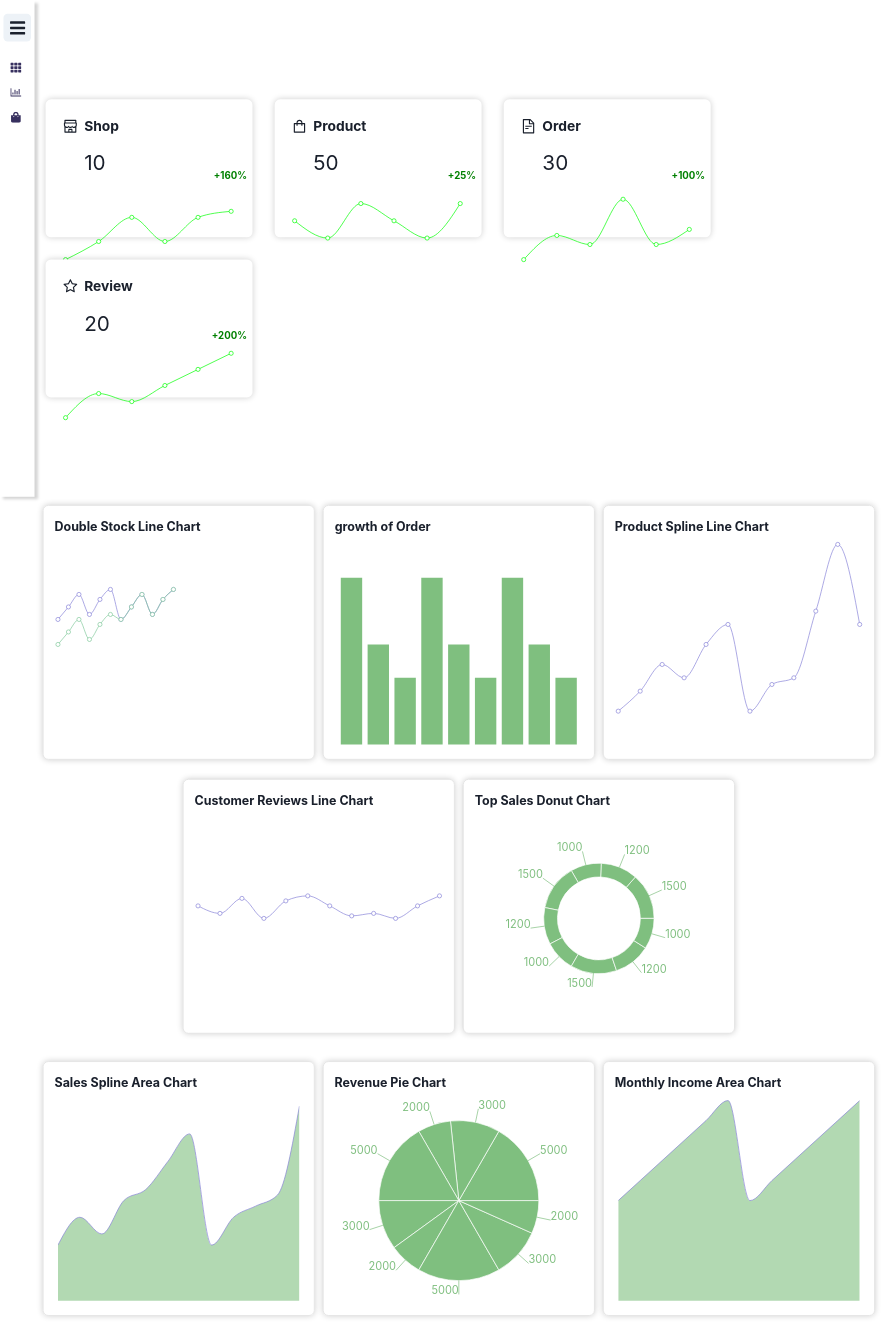
Repository: Andarg01/chakra-dashboard
Page: /analytics
The author's editor kept a copy of each file at every save. The page is drawn from the files as they stood at one save, then again after the next save.
The browser window is 1280 px wide. The pictures show the whole page, at 69% of full size.
The project was rebuilt for these pictures with package versions that can differ from the ones it lists, and the page was loaded fresh each time. Also part of the build but not shown: src/components/ProductModal.tsx, src/components/ProductTable.tsx, src/pages/ProductList.tsx, src/components/Dashboard.tsx.

Above is the page before, as saved 2024-03-12 22:53:17.

### src/index.tsx
import React from 'react';
import ReactDOM from 'react-dom/client';
import './index.css';
import App from './App';

import { ChakraProvider } from '@chakra-ui/react';


const root = ReactDOM.createRoot(
  document.getElementById('root') as HTMLElement
);
root.render(

  <React.StrictMode>
  <ChakraProvider>
    <App />
    </ChakraProvider>
  </React.StrictMode>

);

### src/App.tsx
import React from 'react'
import ProductList from './pages/ProductList'
import Dashboard from './components/Dashboard'
import Sidebar from './components/Sidebar';
import Analytics from './pages/Analytics';
import { BrowserRouter, Route, Routes } from 'react-router-dom';
const App = () => {
  return (
    <div>
    <BrowserRouter>
    <Sidebar>
      <Routes>
      <Route path="/" element={<Dashboard />}/>
      <Route path="/dashboard" element={<Dashboard />}/>
      <Route path="/analytics" element={<Analytics  />} />
      <Route path="/product" element={<ProductList />}/>

      </Routes>
    </Sidebar>
  </BrowserRouter>
    </div>
  )
}

export default App





















// import React from 'react';
// import { BrowserRouter, Route, Routes } from 'react-router-dom';
// import Sidebar from './components/Sidebar';

// import Dashboard from './pages/Dashboard'

// import Analytics from './pages/AnalyticsPage'

// import ProductList from './ProductList';
// import './App.css';


// // import { ChakraProvider } from '@chakra-ui/react';

// type SaleData = {
//   date: string;
//   amount: number;
// };

// type RevenueData = {
//   month: string;
//   revenue: number;
// };

// const App: React.FC = () => {
//   const saleData: SaleData[] = [
//     { date: '2022-01-01', amount: 100 },
//     { date: '2022-01-02', amount: 150 },
//     { date: '2022-01-03', amount: 200 },
//     { date: '2022-01-04', amount: 120 },
//     { date: '2022-01-05', amount: 180 },
//     { date: '2022-01-06', amount: 90 },
//     { date: '2022-01-07', amount: 110 },
//     { date: '2022-01-08', amount: 130 },
//     { date: '2022-01-09', amount: 170 },
//     { date: '2022-01-10', amount: 160 },
//   ];

//   const revenueData: RevenueData[] = [
//     { month: 'January', revenue: 500 },
//     { month: 'February', revenue: 700 },
//     { month: 'March', revenue: 600 },
//     { month: 'April', revenue: 800 },
//     { month: 'May', revenue: 900 },
//     { month: 'June', revenue: 750 },
//     { month: 'July', revenue: 850 },
//     { month: 'August', revenue: 950 },
//     { month: 'September', revenue: 700 },
//     { month: 'October', revenue: 850 },
//   ];

//   return (
//     // <ChakraProvider>
//       <div>
//         <BrowserRouter>
//           <Sidebar>
//             <Routes>
//               <Route path="/" element={<Dashboard saleData={saleData} revenueData={revenueData} />} />
//               <Route path="/dashboard" element={<Dashboard saleData={saleData} revenueData={revenueData} />} />

//               <Route path="/analytics" element={<Analytics />} />
//               <Route path="/product" element={<ProductList />} />

//             </Routes>
//           </Sidebar>
//         </BrowserRouter>
//       </div>
//     {/* </ChakraProvider> */}
//   );
// };

// export default App;

### src/components/Sidebar.tsx




import React, { useState } from 'react';
import {
  FaTh,
  FaBars,
  FaShoppingBag,
  FaRegChartBar,
} from 'react-icons/fa';

import { NavLink } from 'react-router-dom';
import { Box, IconButton, Text, Flex } from '@chakra-ui/react';

interface MenuItem {
  path: string;
  name: string;
  icon: JSX.Element;
}

const Sidebar: React.FC<React.PropsWithChildren<{}>> = ({ children }) => {
  const [isOpen, setIsOpen] = useState(false);

  const toggle = () => setIsOpen(!isOpen);

  const menuItems: MenuItem[] = [
    {
      path: '/',
      name: 'Dashboard',
      icon: <FaTh />,
    },
    {
      path: '/analytics',
      name: 'Analytics',
      icon: <FaRegChartBar />,
  },
    {
      path: '/product',
      name: 'Product',
      icon: <FaShoppingBag />,
    },
  ];

  return (
    <Flex>
      <Box
        width={isOpen ? '200px' : '50px'}
        bg="#fff"
        boxShadow="5px 5px 4px rgb(212, 212, 212)"
        color="#000"
        height="100vh"
        transition="all 0.5s"
        overflowX="hidden"
      >
        <Flex
          className="top_section"
          direction="column"
          align="center"
          justify="center"
          p="20px 15px"
        >
          <Text fontSize={isOpen ? '30px' : '0'} className="logo">
            Logo
          </Text>
          <IconButton
            marginLeft={isOpen ? '50px' : '0px'}
            className="bars"
            fontSize="25px"
            aria-label="Toggle Sidebar"
            icon={<FaBars />}
            onClick={toggle}
          />
        </Flex>
        {menuItems.map((item, index) => (
          <NavLink to={item.path} key={index} className="link">
            <Flex
              p="10px 15px"
              color="#37305F"
              _hover={{ bgColor: '#37305F', color: '#fff', margin: '10px', borderRadius: '10px' }}
              _active={{ bgColor: '#37305F', color: '#fff', margin: '10px', borderRadius: '10px' }}
            >
              <Box className="icon" marginRight="3">
                {item.icon}
              </Box>
              <Text
                display={isOpen ? 'block' : 'none'}
                className="link_text text-sm"
                marginLeft="3"
              >
                {item.name}
              </Text>
            </Flex>
          </NavLink>
        ))}
      </Box>
      <Box flex="1">{children}</Box>
    </Flex>
  );
};

export default Sidebar;

### src/pages/Analytics.tsx



import React, { useState } from 'react';
import {
  Box,
  Flex,
  Stack,
  Text,
  ThemeProvider,
  extendTheme,
} from '@chakra-ui/react';
import FullAnalyticsPage from '../components/AnalyticalCard';
import {
  LineChart,
  Line,
  AreaChart,
  Area,
  BarChart,
  Bar,
  PieChart,
  Pie,
  Tooltip,
  ResponsiveContainer,
} from 'recharts';

// Extend Chakra UI theme for custom styles
const theme = extendTheme({
  shadows: {
    xl: '0 0 10px rgba(0, 0, 0, 0.2)',
  },
});

interface DataPoint {
  name: string;
  value: number;
}

interface ChartCardProps {
  title: string;
  chart: React.ReactNode;
}

const ChartCard: React.FC<ChartCardProps> = ({ title, chart }) => (

  <Box
  boxShadow="xl"
  p={4}
  borderRadius="lg"
  border="1px solid #ddd"
  mb={4}
  flexBasis={['100%', 'calc(33.33% - 8px)']}
  display="inline-flex"
>
  <Stack spacing={2} width="100%">
    <Text fontSize={['md', 'lg']} fontWeight="bold">
      {title}
    </Text>
    {chart}
  </Stack>
</Box>


  // <Box
  //   boxShadow="xl"
  //   p={4}
  //   borderRadius="lg"
  //   border="1px solid #ddd"
  //   mb={4}
  //   flexBasis={['100%', 'calc(33.33% - 8px)']}
  //   display="inline-flex"
  // >
  //   <Text fontSize={['md', 'lg']} fontWeight="bold">
  //     {title}
  //   </Text>
  //   {chart}
  // </Box>
);

const SalesSplineAreaChart: React.FC = () => {
  const salesData: DataPoint[] = [
    { name: 'Jan', value: 1000 },
    { name: 'Feb', value: 1500 },
    { name: 'Mar', value: 1200 },
    { name: 'Apr', value: 1800 },
    { name: 'May', value: 2000 },
    { name: 'Jun', value: 2500 },
    {name:  'junl', value:3000},
    {name: 'agu' , value:1000},
    {name: 'sep', value: 1500},
    {name:'oct' , value:1700},
    {name: 'nove' , value: 1900},
    {name: 'dec', value: 3500},


  ];

  return (
    <ChartCard
      title="Sales Spline Area Chart"
      chart={
        <ResponsiveContainer width="100%" height={300}>
          <AreaChart data={salesData}>
            <Area type="monotone" dataKey="value" stroke="#8884d8"  fill="rgba(0, 128, 0, 0.5)" />
            <Tooltip />
          </AreaChart>
        </ResponsiveContainer>
      }
    />
  );
};

const ProductSplineLineChart: React.FC = () => {
  const productData: DataPoint[] = [
    { name: 'Jan', value: 500 },
    { name: 'Feb', value: 800 },
    { name: 'Mar', value: 1200 },
    { name: 'Apr', value: 1000 },
    { name: 'May', value: 1500 },
    { name: 'Jun', value: 1800 },
    { name: 'Jula', value: 500 },
    { name: 'agu', value: 900 },
    { name: 'sep', value: 1000 },
    { name: 'nov', value: 2000 },
    { name: 'oct', value: 3000 },
    { name: 'dec', value: 1800 },
  ];

  return (
    <ChartCard
      title="Product Spline Line Chart"
      chart={
        <ResponsiveContainer width="100%" height={300}>
          <LineChart data={productData}>
            <Line type="monotone" dataKey="value" stroke="#8884d8" />
            <Tooltip />
          </LineChart>
        </ResponsiveContainer>
      }
    />
  );
};

const CustomerReviewsLineChart: React.FC = () => {
  const reviewsData: DataPoint[] = [
    { name: 'Jan', value: 4.5 },
    { name: 'Feb', value: 4.2 },
    { name: 'Mar', value: 4.8 },
    { name: 'Apr', value: 4.0 },
    { name: 'May', value: 4.7 },
    { name: 'Jun', value: 4.9 },
    { name: 'Jula', value: 4.5 },
    { name: 'agu', value: 4.1 },
    { name: 'sep', value: 4.2 },
    { name: 'nov', value: 4.0 },
    { name: 'oct', value: 4.5 },
    { name: 'dec', value: 4.9 },


  ];

  return (
    <ChartCard
      title="Customer Reviews Line Chart"
      chart={
        <ResponsiveContainer width="100%" height={300}>
          <LineChart data={reviewsData}>
            <Line type="monotone" dataKey="value" stroke="#8884d8" />
            <Tooltip />
          </LineChart>
        </ResponsiveContainer>
      }
    />
  );
};

const RevenuePieChart: React.FC = () => {
  const revenueData: DataPoint[] = [

    { name: 'Product A', value: 5000 },
    { name: 'Product B', value: 3000 },
    { name: 'Product C', value: 2000 },
    { name: 'Product D', value: 5000 },
    { name: 'Product E', value: 3000 },
    { name: 'Product F', value: 2000 },
    { name: 'Product G', value: 5000 },
    { name: 'Product H', value: 3000 },
    { name: 'Product I', value: 2000 },
  ];

  return (
    <ChartCard
      title="Revenue Pie Chart"
      chart={
        <ResponsiveContainer width="100%" height={300}>
          <PieChart>
            <Pie dataKey="value" data={revenueData}  fill="rgba(0, 128, 0, 0.5)" label />
            <Tooltip />
          </PieChart>
        </ResponsiveContainer>
      }
    />
  );
};

const OrderBarChart: React.FC = () => {
  const initialOrderData: DataPoint[] = [
    { name: 'Product A', value: 5000 },
    { name: 'Product B', value: 3000 },
    { name: 'Product C', value: 2000 },
    { name: 'Product D', value: 5000 },
    { name: 'Product E', value: 3000 },
    { name: 'Product F', value: 2000 },
    { name: 'Product G', value: 5000 },
    { name: 'Product H', value: 3000 },
    { name: 'Product I', value: 2000 },
  ];

  const [orderData, setOrderData] = useState<DataPoint[]>(initialOrderData);

  const sortByValue = () => {
    const sortedData = [...orderData].sort((a, b) => a.value - b.value);
    setOrderData(sortedData);
  };

  return (
    <ChartCard
      title="growth of Order "
      chart={
        <ResponsiveContainer width="100%" height={300}>
          <BarChart data={orderData}>
            <Bar dataKey="value"  fill="rgba(0, 128, 0, 0.5)" />
            <Tooltip />
          </BarChart>
        </ResponsiveContainer>
      }
    />
  );
};

const TopSalesDonutChart: React.FC = () => {
  const topSalesData: DataPoint[] = [
    { name: 'Product A', value: 1500 },
    { name: 'Product B', value: 1200 },
    { name: 'Product C', value: 1000 },
    { name: 'Product D', value: 1500 },
    { name: 'Product E', value: 1200 },
    { name: 'Product F', value: 1000 },
    { name: 'Product G', value: 1500 },
    { name: 'Product H', value: 1200 },
    { name: 'Product I', value: 1000 },
  ];

  return (
    <ChartCard
      title="Top Sales Donut Chart"
      chart={
        <ResponsiveContainer width="100%" height={300}>
          <PieChart>
            <Pie dataKey="value" data={topSalesData} innerRadius={60} outerRadius={80}  fill="rgba(0, 128, 0, 0.5)" label />
            <Tooltip />
          </PieChart>
        </ResponsiveContainer>
      }
    />
  );
};

const MonthlyIncomeAreaChart: React.FC = () => {
  const monthlyIncomeData: DataPoint[] = [
    { name: 'Jan', value: 5000 },
    { name: 'Feb', value: 6000 },
    { name: 'Mar', value: 7000 },
    { name: 'Apr', value: 8000 },
    { name: 'May', value: 9000 },
    { name: 'Jun', value: 10000 },
    { name: 'Jula', value: 5000 },
    { name: 'agu', value: 6000 },
    { name: 'sep', value: 7000 },
    { name: 'nov', value: 8000 },
    { name: 'oct', value: 9000 },
    { name: 'dec', value: 10000 },
  ];

  return (
    <ChartCard
      title="Monthly Income Area Chart"
      chart={
        <ResponsiveContainer width="100%" height={300}>
          <AreaChart data={monthlyIncomeData}>
            <Area type="monotone" dataKey="value" stroke="#8884d8"  fill="rgba(0, 128, 0, 0.5)" />
            <Tooltip />
          </AreaChart>
        </ResponsiveContainer>
      }
    />
  );
};

const StockLineChart: React.FC = () => {
  const stockData: DataPoint[] = [
    { name: 'Jan', value: 50 },
    { name: 'Feb', value: 55 },
    { name: 'Mar', value: 60 },
    { name: 'Apr', value: 52 },
    { name: 'May', value: 58 },
    { name: 'Jun', value: 62 },
    { name: 'Jula', value: 50 },
    { name: 'agu', value: 55 },
    { name: 'sep', value: 60 },
    { name: 'nov', value: 52 },
    { name: 'oct', value: 58 },
    { name: 'dec', value: 62 },
  ];

  return (
    <ChartCard
      title="Stock Line Chart"
      chart={
        <ResponsiveContainer width="100%" height={300}>
          <LineChart data={stockData}>
            <Line type="monotone" dataKey="value" stroke="#8884d8" />
            <Tooltip />
          </LineChart>
        </ResponsiveContainer>
      }
    />
  );
};

const DoubleStockLineChart: React.FC = () => {
  const stockData1: DataPoint[] = [
    { name: 'Jan', value: 50 },
    { name: 'Feb', value: 55 },
    { name: 'Mar', value: 60 },
    { name: 'Apr', value: 52 },
    { name: 'May', value: 58 },
    { name: 'Jun', value: 62 },
    { name: 'Jula', value: 50 },
    { name: 'agu', value: 55 },
    { name: 'sep', value: 60 },
    { name: 'nov', value: 52 },
    { name: 'oct', value: 58 },
    { name: 'dec', value: 62 },
  ];

  const stockData2: DataPoint[] = [
    { name: 'Jan', value: 40 },
    { name: 'Feb', value: 45 },
    { name: 'Mar', value: 50 },
    { name: 'Apr', value: 42 },
    { name: 'May', value: 48 },
    { name: 'Jun', value: 52 },
    { name: 'Jula', value: 50 },
    { name: 'agu', value: 55 },
    { name: 'sep', value: 60 },
    { name: 'nov', value: 52 },
    { name: 'oct', value: 58 },
    { name: 'dec', value: 62 },
  ];

  return (
    <ChartCard
      title="Double Stock Line Chart"
      chart={
        <ResponsiveContainer width="100%" height={300}>
          <LineChart>
            <Line type="monotone" dataKey="value" data={stockData1} stroke="#8884d8" name="Stock 1" />
            <Line type="monotone" dataKey="value" data={stockData2} stroke="#82ca9d" name="Stock 2" />
            <Tooltip />
          </LineChart>
        </ResponsiveContainer>
      }
    />
  );
};

const AnalyticalPage: React.FC = () => {
  return (
    <ThemeProvider theme={theme}>
      <Flex>
        <FullAnalyticsPage/>
      </Flex>
      <Flex direction="row" flexWrap="wrap" p={3} justify="center" gap={3}>
        <DoubleStockLineChart />
        <OrderBarChart />
        <ProductSplineLineChart />
        <CustomerReviewsLineChart />
        <TopSalesDonutChart />
      </Flex>
      <Flex direction="row" p={3} flexWrap="wrap" justify="left" gap={3}>
        <SalesSplineAreaChart />
        <RevenuePieChart />
        <MonthlyIncomeAreaChart />
      </Flex>
    </ThemeProvider>
  );
};

export default AnalyticalPage;

### src/components/AnalyticalCard.tsx
// FullAnalyticsPage.tsx
import React from 'react';
import { Box, Text, Flex, useColorModeValue } from '@chakra-ui/react';
import { LineChart, Line, Tooltip } from 'recharts';
import { AiOutlineShop, AiOutlineShopping, AiOutlineFileText, AiOutlineStar } from 'react-icons/ai';

interface AnalyticsCardProps {
  title: string;
  value: number;
  data: { name: string; value: number }[];
  icon: React.ReactElement;
}

const AnalyticsCard: React.FC<AnalyticsCardProps> = ({ title, value, data, icon }) => {
  const cardBgColor = useColorModeValue('white', 'gray.800');

  // Calculate the percentage change
  const percentageChange = data.length > 1 ? ((data[data.length - 1].value - data[0].value) / data[0].value) * 100 : 0;
  const isIncreasing = percentageChange >= 0;

  return (
    <Box
      bgColor={cardBgColor}
      p={6}
      borderRadius="lg"
      boxShadow="xl"
      width="300px"
      height="200px" // Set height to one-third of the original height
      display="flex"
      flexDirection="column"
      margin="4"
      position="relative" // Add position relative for absolute positioning of percentage
    >
      <Flex align="center" mb={4}>
        {icon}
        <Text fontSize="xl" fontWeight="bold" ml={2}>
          {title}
        </Text>
      </Flex>
      <Text fontSize="3xl" fontWeight="normal" mb={4} pl={8}>
        {value}
      </Text>
      <Flex flex="1" direction="column" justify="flex-end">
        <LineChart width={250} height={150} data={data}>
          <Line
            type="monotone"
            dataKey="value"
            stroke="#00ff00" // Set stroke to green
            isAnimationActive={false} // Disable animation to hide the rectangle background
          />
          <Tooltip isAnimationActive={false} /> {/* Hide tooltips */}
        </LineChart>
      </Flex>
      <Box
        position="absolute"
        top="100px"
        right="8px"
        fontSize="sm"
        fontWeight="bold"
        color={isIncreasing ? 'green' : 'red'}
      >
        {`${isIncreasing ? '+' : '-'}${Math.abs(percentageChange.toFixed(2))}%`}
      </Box>
    </Box>
  );
};

const FullAnalyticsPage: React.FC = () => {
  // Data for each card
  const shopData = [
    { name: 'Jan', value: 5 },
    { name: 'Feb', value: 8 },
    { name: 'Mar', value: 12 },
    { name: 'apr', value: 8 },
    { name: 'jun', value: 12 },
    { name: 'jula', value: 13 },
    // Add more data points as needed
  ];

  const productData = [
    { name: 'Jan', value: 20 },
    { name: 'Feb', value: 15 },
    { name: 'Mar', value: 25 },
    { name: 'apr', value: 20 },
    { name: 'jun', value: 15 },
    { name: 'jula', value: 25 },
    // Add more data points as needed
  ];

  const orderData = [
    { name: 'Jan', value: 10 },
    { name: 'Feb', value: 18 },
    { name: 'Mar', value: 15 },
    { name: 'apr', value: 30 },
    { name: 'jun', value: 15 },
    { name: 'jula', value: 20 },
    // Add more data points as needed
  ];

  const reviewData = [
    { name: 'Jan', value: 4 },
    { name: 'Feb', value: 7 },
    { name: 'Mar', value: 6 },
    { name: 'apr', value: 8 },
    { name: 'jun', value: 10 },
    { name: 'jula', value: 12 },
    // Add more data points as needed
  ];

  return (
    <Flex justify="center" align="center" height="100vh">
      <Flex direction="row" align="center" wrap="wrap">
        <AnalyticsCard title="Shop" value={10} data={shopData} icon={<AiOutlineShop size={24} />} />
        <AnalyticsCard title="Product" value={50} data={productData} icon={<AiOutlineShopping size={24} />} />
        <AnalyticsCard title="Order" value={30} data={orderData} icon={<AiOutlineFileText size={24} />} />
        <AnalyticsCard title="Review" value={20} data={reviewData} icon={<AiOutlineStar size={24} />} />
      </Flex>
    </Flex>
  );
};

export default FullAnalyticsPage;

Loaded but not shown: public/index.html (common file); src/index.css (common file)

After the next save:
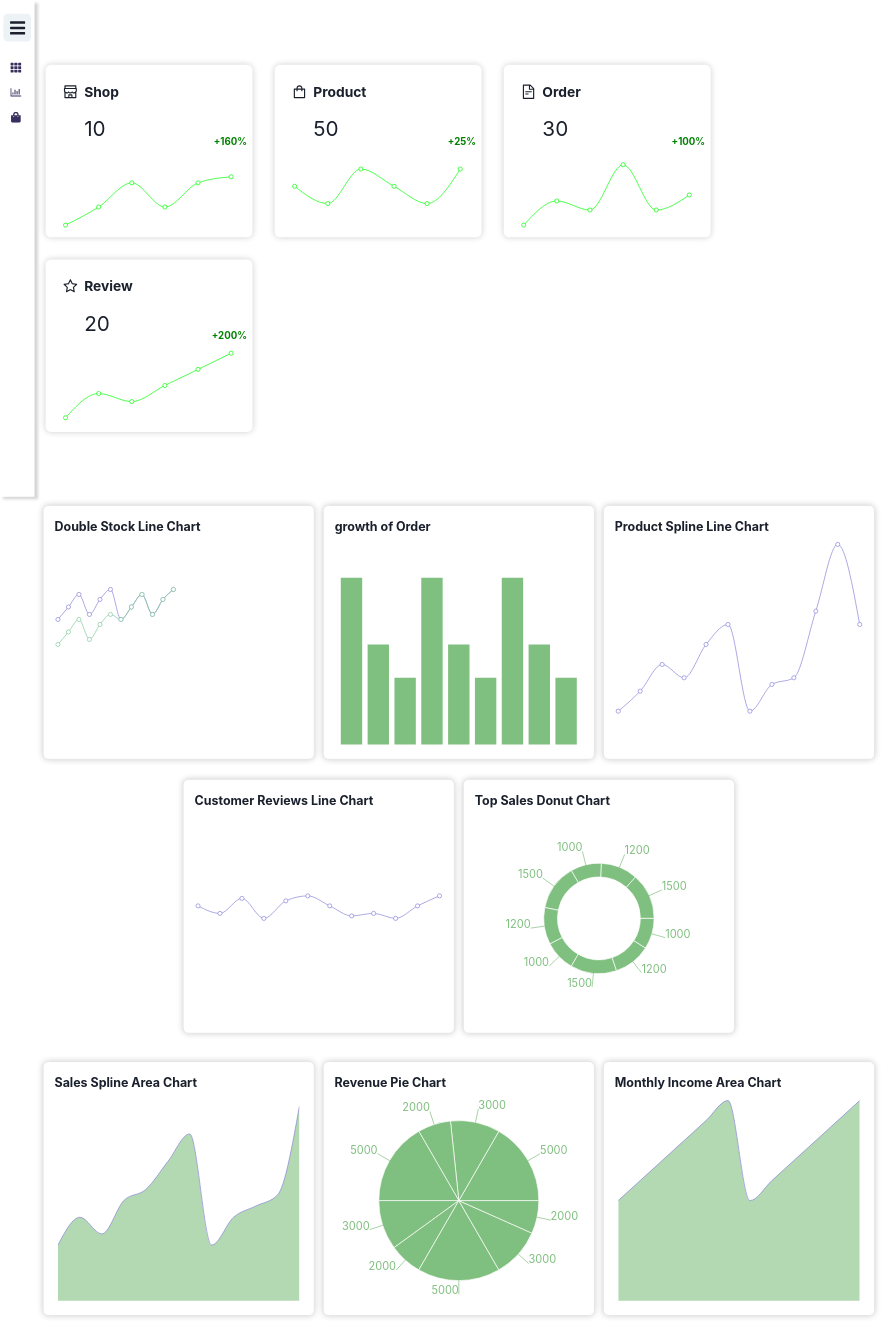
Saved 34 s later.
--- a/src/components/AnalyticalCard.tsx
+++ b/src/components/AnalyticalCard.tsx
@@ -25,7 +25,7 @@ const AnalyticsCard: React.FC<AnalyticsCardProps> = ({ title, value, data, icon
       borderRadius="lg"
       boxShadow="xl"
       width="300px"
-      height="200px" // Set height to one-third of the original height
+      height="250px" // Set height to one-third of the original height
       display="flex"
       flexDirection="column"
       margin="4"
